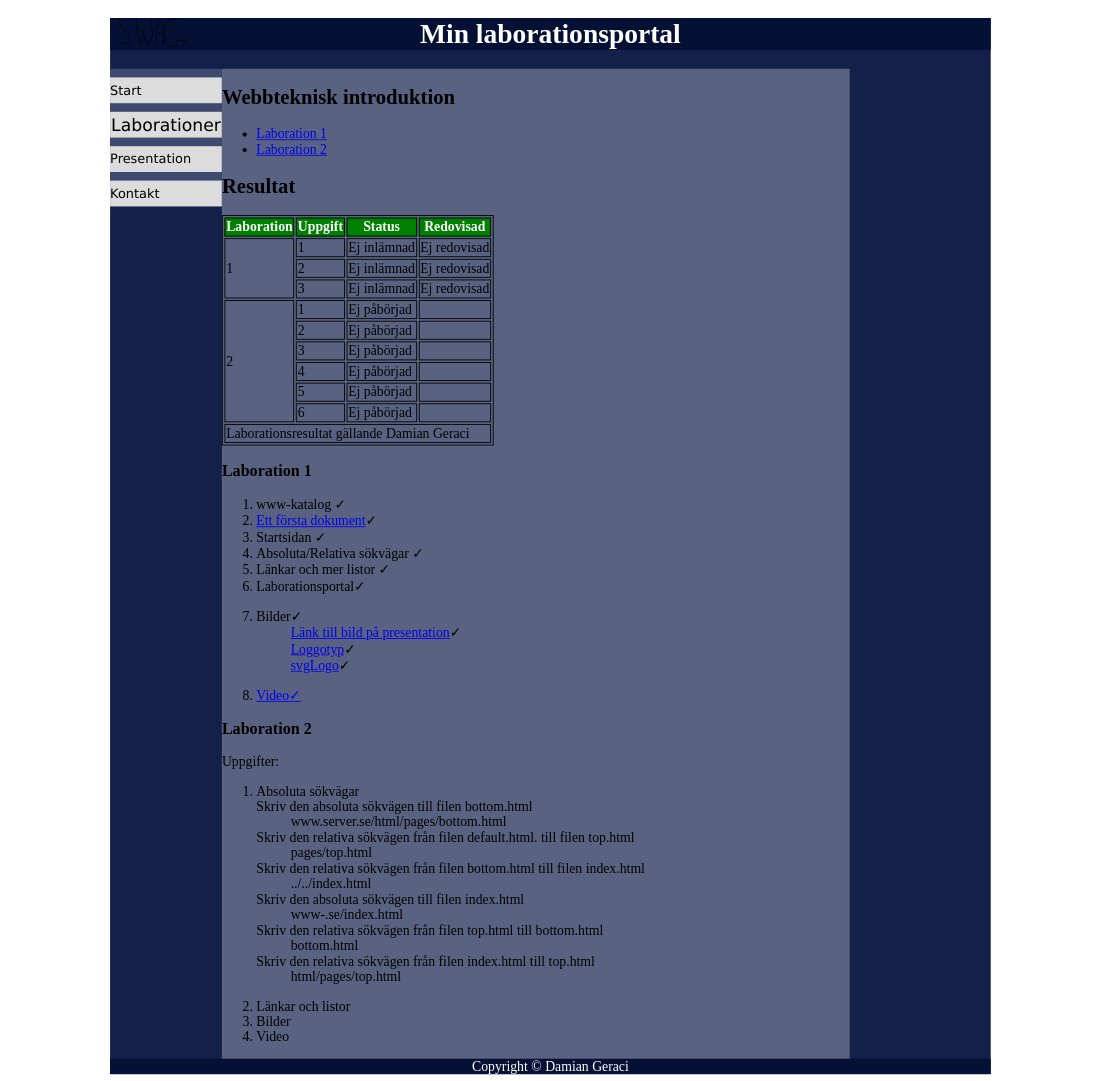
Repository: dg222dm/1ik415-laborationer
Page: pages/laborationer.html
The author's editor kept a record of every edit. The page is drawn from the files as they stood at one moment, then again after the next edit.
The browser window is 1280 px wide. The pictures show the whole page, at 86% of full size.

Above is the page before.

After the next edit:
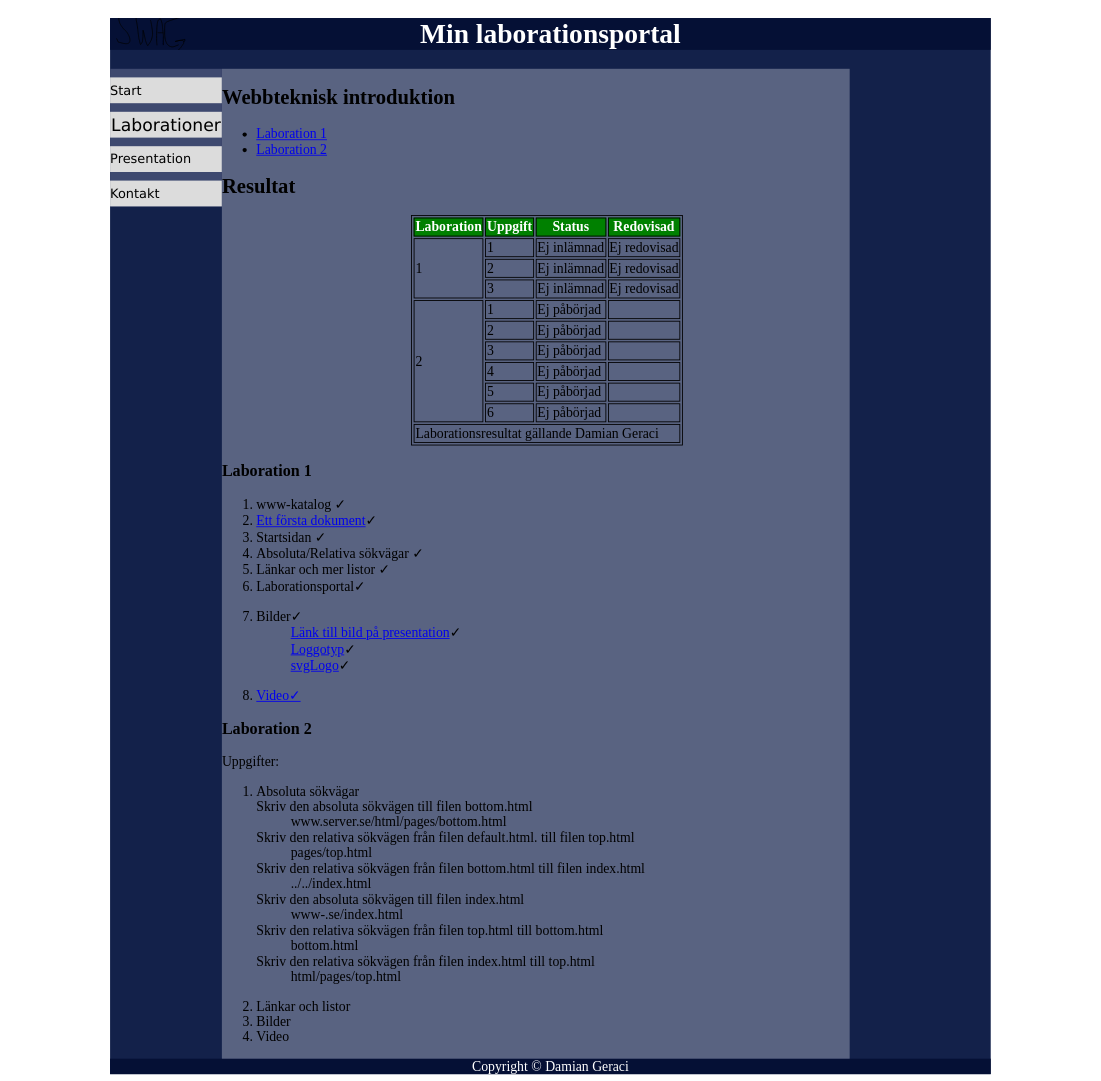
The edit:
--- a/pages/laborationer.html
+++ b/pages/laborationer.html
@@ -42,7 +42,7 @@
 <!--Tabell med studieresultat -->
 <!-- http://www.w3schools.com/tags/tryit.asp?filename=tryhtml_td_rowspan -->
         <h2>Resultat</h2>
-        <table>
+        <table class="center">
             <thead>
                 <tr>
                     <th>Laboration</th>
